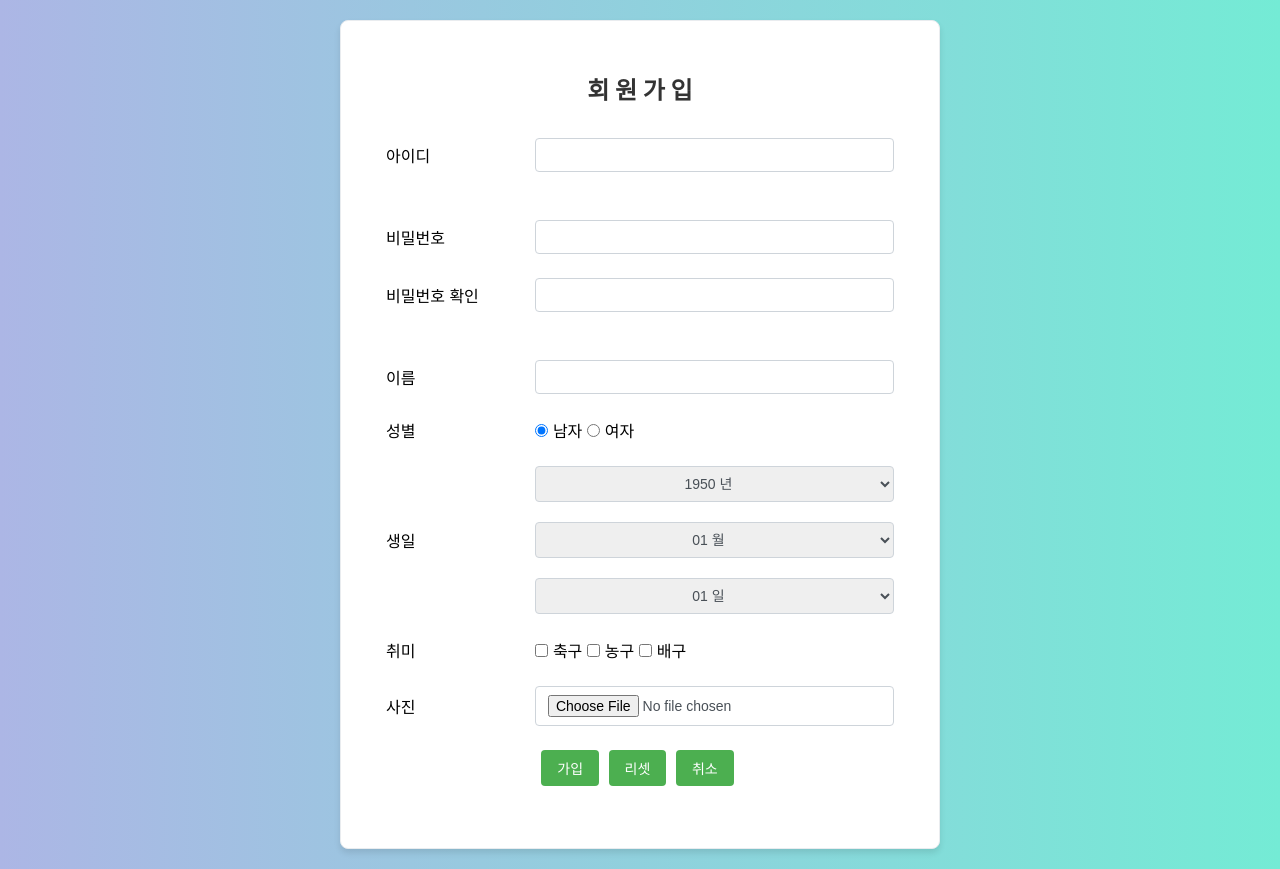
Repository: 1plus1equals3-true/Board-temp
Page: http://localhost/jsp/member/Join.jsp
The author's editor kept a copy of each file at every save. The page is drawn from the files as they stood at one save, then again after the next save.
The browser window is 1280 px wide. The pictures show the whole page.
The page is served by Tomcat 9.

Above is the page before, as saved 2025-09-16 02:51:29.

After the next save:
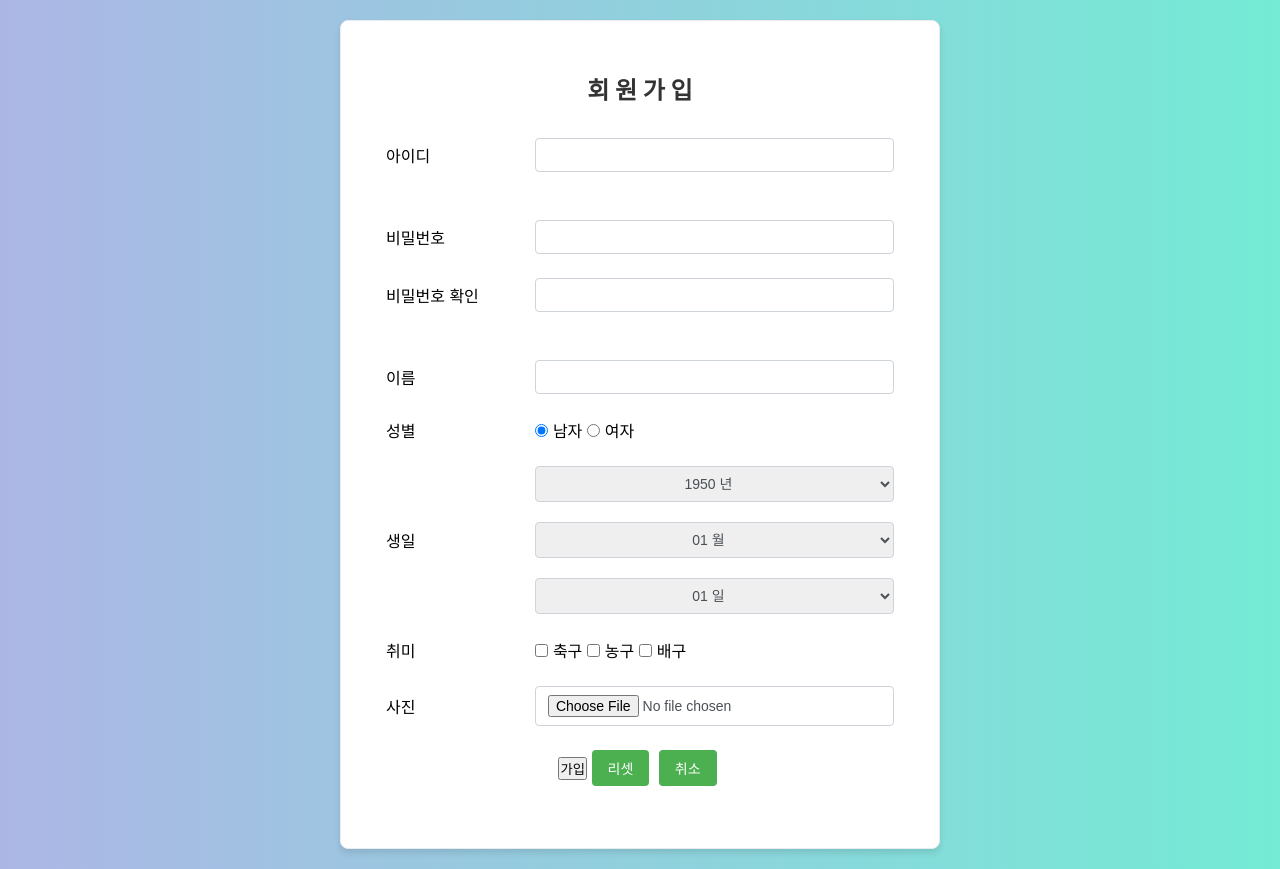
Saved 5 min 42 s later.
--- a/jsp/src/main/webapp/member/Join.jsp
+++ b/jsp/src/main/webapp/member/Join.jsp
@@ -207,7 +207,7 @@
 		</tr>
 
 		<tr>
-		<td colspan="2" style="text-align: center;"><input type="submit" value="가입">
+		<td colspan="2" style="text-align: center;"><input type="button" value="가입" onclick="submit_check()">
 			<input type="reset" value="리셋">
 		<button type="button" onclick="history.back()">취소</button>
 		</td>

After the 3 saves that followed:
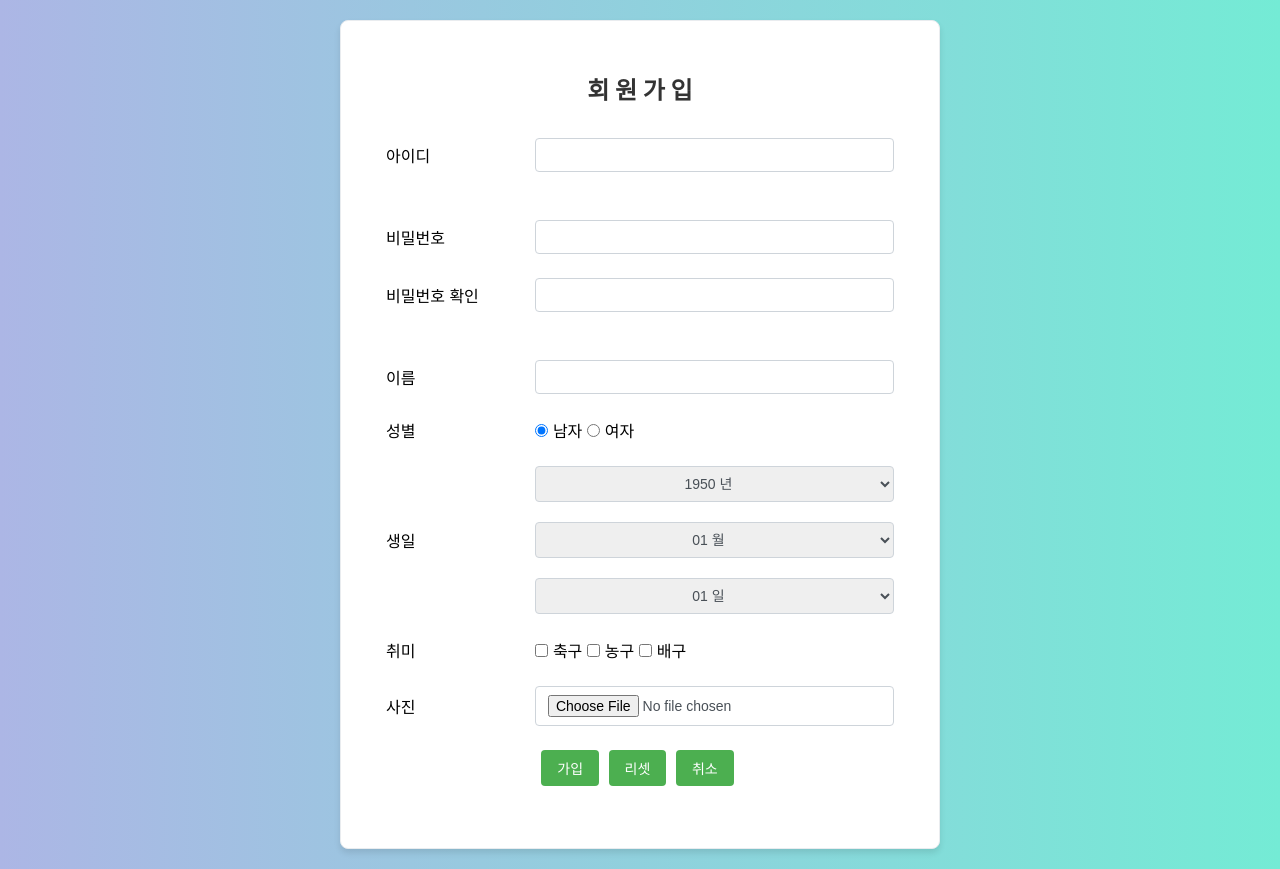
The 3 saves are shown as one change because 2 left the picture as it was.
The last was saved 2 min 40 s later.
--- a/jsp/src/main/webapp/member/Join.jsp
+++ b/jsp/src/main/webapp/member/Join.jsp
@@ -75,7 +75,7 @@
 }
 
 /* 버튼 스타일 (게시판 글쓰기, 검색 버튼과 유사하게) */
-input[type="submit"],
+input[type="button"],
 input[type="reset"],
 button {
     padding: 8px 16px;
@@ -207,9 +207,10 @@
 		</tr>
 
 		<tr>
-		<td colspan="2" style="text-align: center;"><input type="button" value="가입" onclick="submit_check()">
+		<td colspan="2" style="text-align: center;">
+			<input type="button" value="가입" onclick="submit_check()">
 			<input type="reset" value="리셋">
-		<button type="button" onclick="history.back()">취소</button>
+			<button type="button" onclick="history.back()">취소</button>
 		</td>
 		</tr>
 
